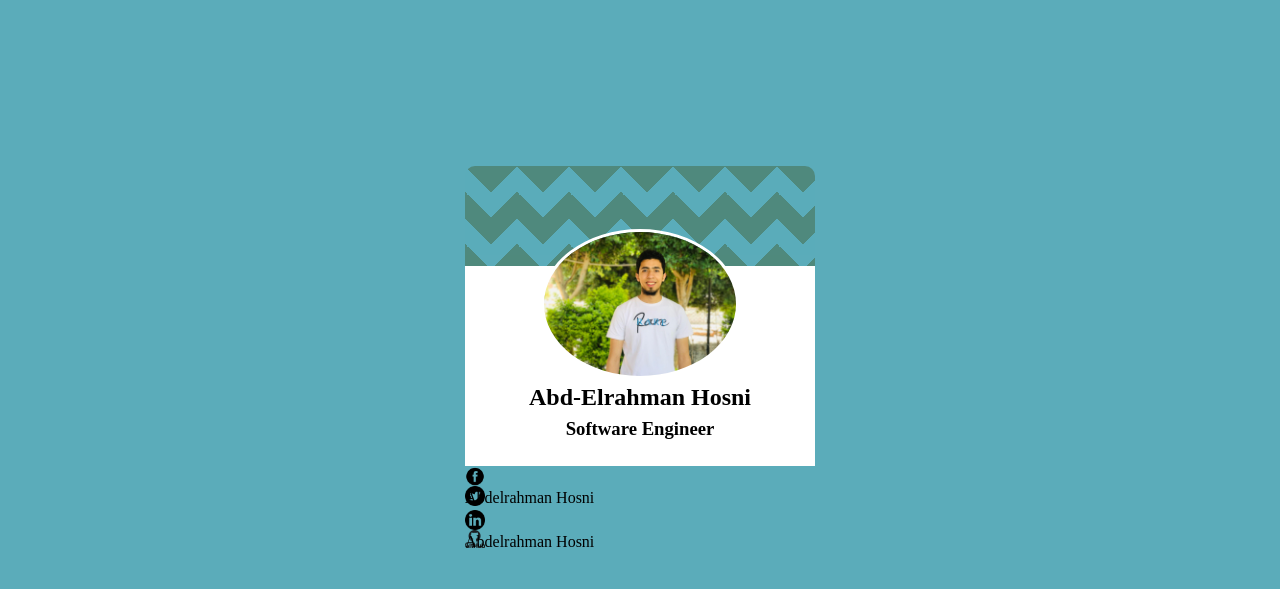
Repository: Abdo-Hosni123/Html-and-css-projects
Page: index.html
An editor plug-in stored every save of this project. The page is shown before and after the next save, followed by the edit.
The browser window is 1280 px wide. The pictures show the whole page.

Above is the page before, as saved 2023-12-06 00:25:43.

After the next save:
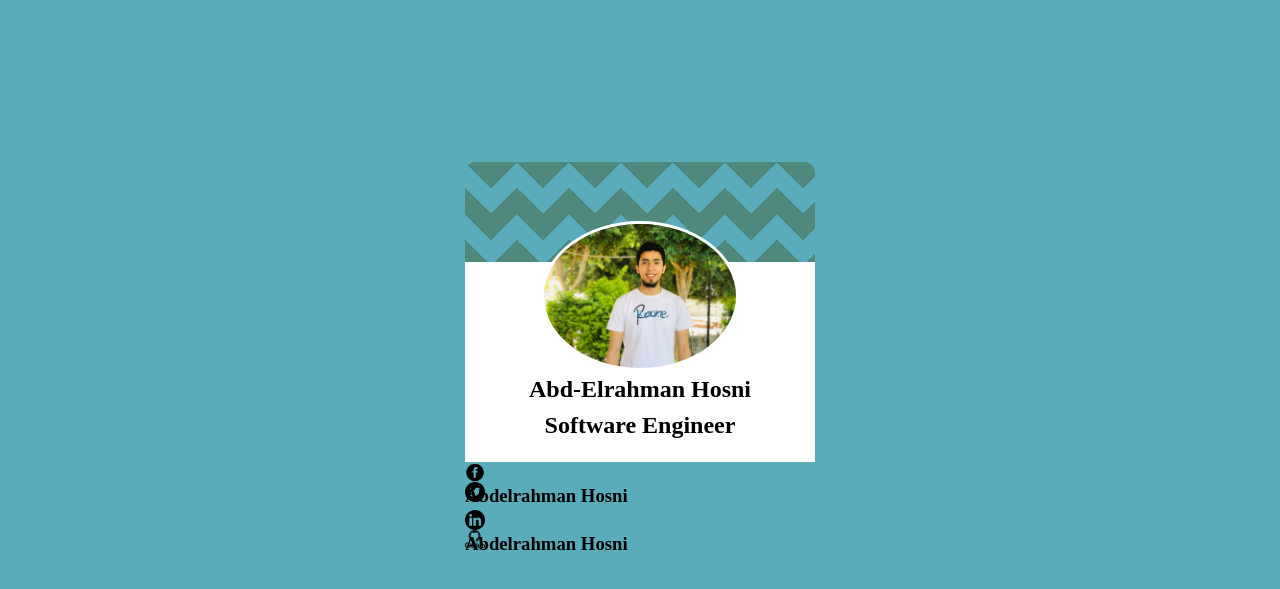
Saved 94 s later.
--- a/index.html
+++ b/index.html
@@ -17,7 +17,7 @@
             class="card-img"
           />
           <h1 class="middle-title">Abd-Elrahman Hosni</h1>
-          <h3 class="middle-des">Software Engineer</h3>
+          <h2 class="middle-des">Software Engineer</h2>
         </div>
         <div class="bottom">
           <div class="colum">
@@ -25,14 +25,14 @@
               <img src="/assets/facebook.png" alt="picture of facebook" />
               <img src="/assets/twitter.png" alt="picture of twitter" />
             </div>
-            <div class="username">Abdelrahman Hosni</div>
+            <h3 class="username">Abdelrahman Hosni</h3>
           </div>
           <div class="colum">
             <div class="icons">
               <img src="/assets/linkedin.png" alt="picture of linkedin " />
               <img src="/assets/github_PNG20-1.png" alt="picture of github  " />
             </div>
-            <div class="username">Abdelrahman Hosni</div>
+            <h3 class="username">Abdelrahman Hosni</h3>
           </div>
         </div>
       </article>
